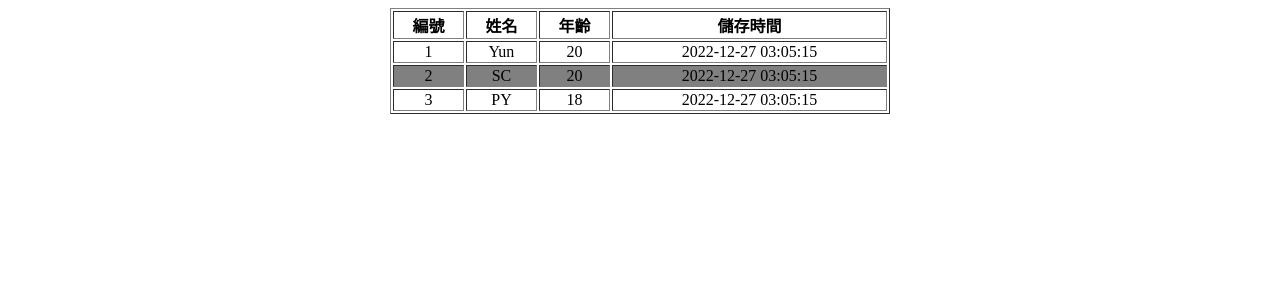
Repository: sc1314520/oce-test
Page: http://localhost/EE/jsp/basic/jstl_test.jsp
The author's editor kept a copy of each file at every save. The page is drawn from the files as they stood at one save, then again after the next save.
The browser window is 1280 px wide. The pictures show the whole page.
The page is served by Tomcat 9. Nobody is signed in. The application's start-up code is not run. Other server files are loaded and not shown.

Above is the page before, as saved 2022-12-29 10:46:55.

### EE/src/main/webapp/jsp/basic/jstl_test.jsp
<%@page import="java.util.Date"%>
<%@page import="java.util.ArrayList"%>
<%@page import="java.util.List"%>
<%@page import="el.User"%>
<%@ page language="java" contentType="text/html; charset=UTF-8"
    pageEncoding="UTF-8"%>
<%@ taglib prefix="c" uri="http://java.sun.com/jsp/jstl/core" %>
<!DOCTYPE html>
<html>
<head>
<meta charset="UTF-8">
<title>Insert title here</title>
</head>
<body>
	<%
		List<User> list =new ArrayList<>();
		list.add(new User("Yun",20,new Date()));
		list.add(new User("SC",20,new Date()));
		list.add(new User("PY",18,new Date()));
		request.setAttribute("list", list);
	%>
	<table border="1" width="500" align="center">
		<tr>
			<th>編號</th>
			<th>姓名</th>
			<th>年齡</th>
			<th>儲存時間</th>
		</tr>
		<c:forEach items="${list}" var="user" varStatus="s">
			<c:if test="${s.count %2 ==0 }">
				<tr bgcolor="gray">
					<td align="center">${s.count}</td>
					<td align="center">${user.name}</td>
					<td align="center">${user.age}</td>
					<td align="center">${user.birStr}</td>
				</tr>
			</c:if>
			<c:if test="${s.count %2 ==1 }">
				<tr bgcolor="white">
					<td align="center">${s.count}</td>
					<td align="center">${user.name}</td>
					<td align="center">${user.age}</td>
					<td align="center">${user.birStr}</td>
				</tr>
			</c:if>
		</c:forEach>

	</table>
</body>
</html>

### EE/src/main/java/el/User.java
package el;

import java.text.SimpleDateFormat;
import java.util.Date;

public class User {
	private String name;
	private int age;
	private Date birthday;

	public User() {

	}

	public User(String name, int age, Date birthday) {

		this.name = name;
		this.age = age;
		this.birthday = birthday;
	}

	public String getBirStr() {
		// 格式化日期
		if(birthday!=null) {
			SimpleDateFormat sdf =new SimpleDateFormat("yyyy-MM-dd HH:mm:ss");
			return sdf.format(birthday);
		}
		return "";

	}

	public String getName() {
		return name;
	}
	public void setName(String name) {
		this.name = name;
	}
	public int getAge() {
		return age;
	}
	public void setAge(int age) {
		this.age = age;
	}
	public Date getBirthday() {
		return birthday;
	}
	public void setBirthday(Date birthday) {
		this.birthday = birthday;
	}
}

After the next save:
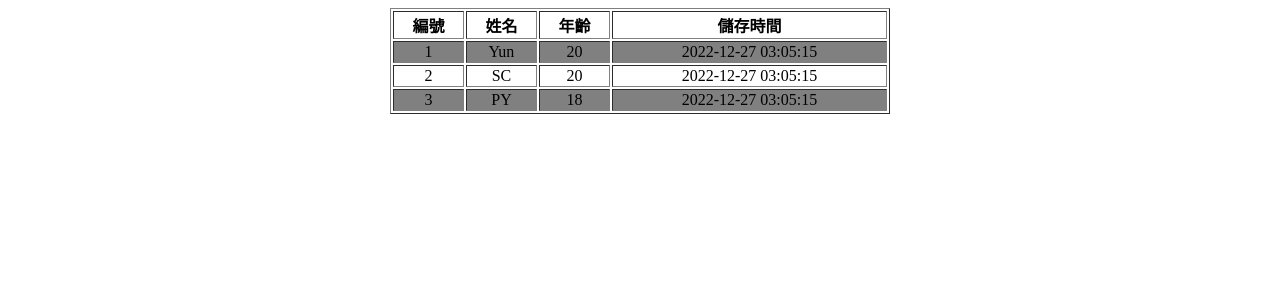
Saved 25 s later.
--- a/EE/src/main/webapp/jsp/basic/jstl_test.jsp
+++ b/EE/src/main/webapp/jsp/basic/jstl_test.jsp
@@ -28,7 +28,7 @@
 		</tr>
 		<c:forEach items="${list}" var="user" varStatus="s">
 			<c:if test="${s.count %2 ==0 }">
-				<tr bgcolor="gray">
+				<tr bgcolor="white">
 					<td align="center">${s.count}</td>
 					<td align="center">${user.name}</td>
 					<td align="center">${user.age}</td>
@@ -36,7 +36,7 @@
 				</tr>
 			</c:if>
 			<c:if test="${s.count %2 ==1 }">
-				<tr bgcolor="white">
+				<tr bgcolor="gray">
 					<td align="center">${s.count}</td>
 					<td align="center">${user.name}</td>
 					<td align="center">${user.age}</td>
